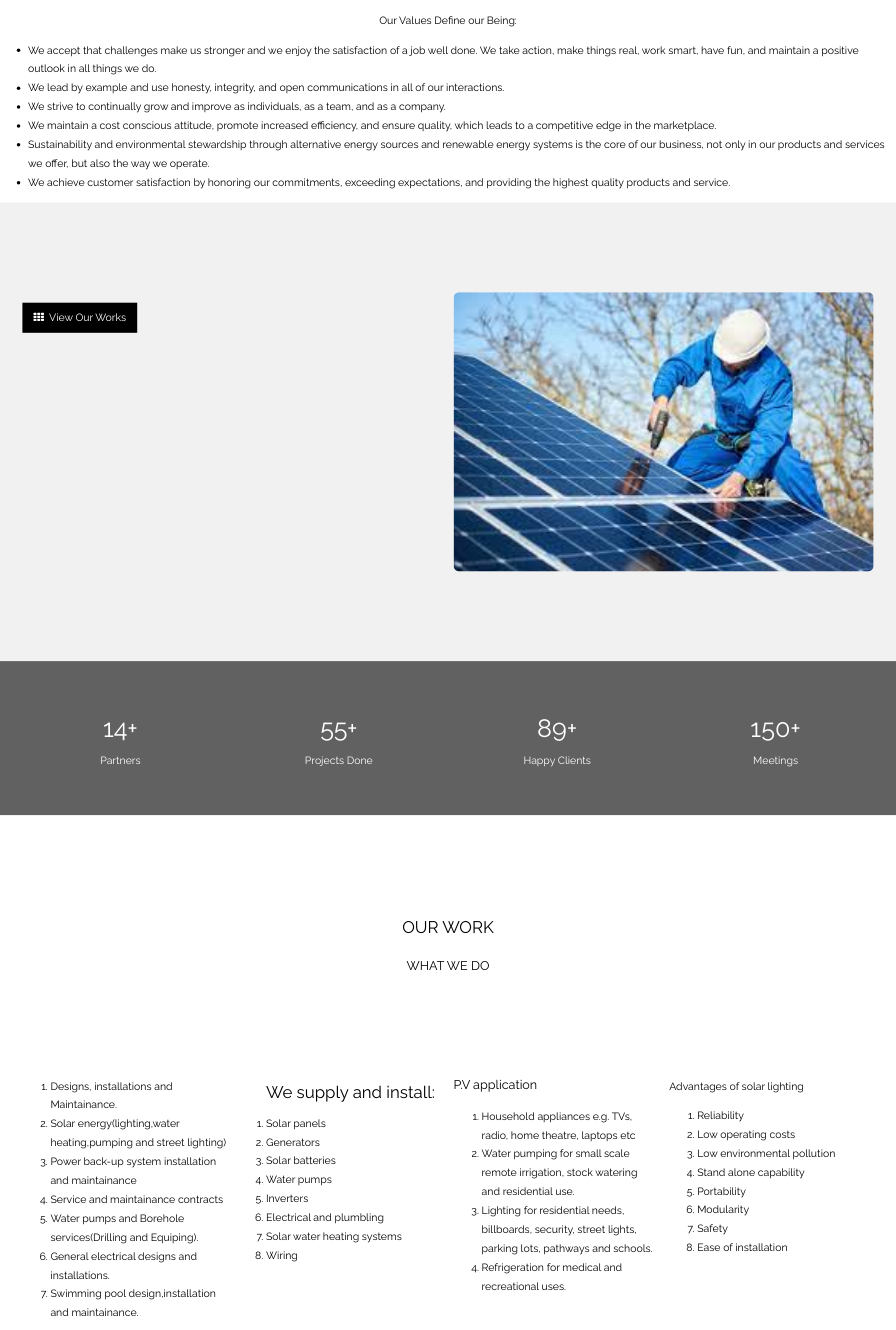
Repository: peterclermy232/LAZCOM
Page: index.html
The author's editor kept a copy of each file at every save. The page is drawn from the files as they stood at one save, then again after a run of saves.
The browser window is 1280 px wide. The pictures show the part of the page from y = 1609 to 3509 px (the page is 5929 px tall before and 5956 px after), at 70% of full size.
A picture or video elsewhere on the page could not be fetched, so the positions and the page height are approximate.

Above is the page before, as saved 2022-06-15 17:33:28.

### index.html
<!DOCTYPE html>
<html>
<head>
<title>LAZCOM SOLAR AND ELECTRICALS SERVICES</title>
<meta charset="UTF-8">
<meta name="viewport" content="width=device-width, initial-scale=1">
<link rel="stylesheet" href="https://www.w3schools.com/w3css/4/w3.css">
<link rel="stylesheet" href="https://fonts.googleapis.com/css?family=Raleway">
<link rel="stylesheet" href="https://cdnjs.cloudflare.com/ajax/libs/font-awesome/4.7.0/css/font-awesome.min.css">
<style>
body,h1,h2,h3,h4,h5,h6 {font-family: "Raleway", sans-serif}

body, html {
  height: 100%;
  line-height: 1.8;
}

/* Full height image header */
.bgimg-1 {
  background-position: center;
  background-size: cover;
  background-image: url("images/solar1.jpeg");
  min-height: 100%;
}

.w3-bar .w3-button {
  padding: 16px;
}
</style>
</head>
<body>

<!-- Navbar (sit on top) -->
<div class="w3-top">
  <div class="w3-bar w3-white w3-card" id="myNavbar">

    <a href="#home" class="w3-bar-item w3-button w3-wide">
        <img src="images/images.png" alt="" style="width: 45%;">
    </a>
    <!-- Right-sided navbar links -->
    <div class="w3-right w3-hide-small">
      <a href="#about" class="w3-bar-item w3-button">ABOUT</a>
      <a href="#team" class="w3-bar-item w3-button"><i class="fa fa-user"></i> REFERENCES</a>
      <a href="#work" class="w3-bar-item w3-button"><i class="fa fa-th"></i> WORK</a>
      <!--<a href="#pricing" class="w3-bar-item w3-button"><i class="fa fa-usd"></i> PRICING</a>-->
      <a href="#contact" class="w3-bar-item w3-button"><i class="fa fa-envelope"></i> CONTACT</a>
    </div>
    <!-- Hide right-floated links on small screens and replace them with a menu icon -->

    <a href="javascript:void(0)" class="w3-bar-item w3-button w3-right w3-hide-large w3-hide-medium" onclick="w3_open()">
      <i class="fa fa-bars"></i>
    </a>
  </div>
</div>

<!-- Sidebar on small screens when clicking the menu icon -->
<nav class="w3-sidebar w3-bar-block w3-black w3-card w3-animate-left w3-hide-medium w3-hide-large" style="display:none" id="mySidebar">
  <a href="javascript:void(0)" onclick="w3_close()" class="w3-bar-item w3-button w3-large w3-padding-16">Close ×</a>
  <a href="#about" onclick="w3_close()" class="w3-bar-item w3-button">ABOUT</a>
  <a href="#team" onclick="w3_close()" class="w3-bar-item w3-button">REFERENCES</a>
  <a href="#work" onclick="w3_close()" class="w3-bar-item w3-button">WORK</a>
  <!--<a href="#pricing" onclick="w3_close()" class="w3-bar-item w3-button">PRICING</a>-->
  <a href="#contact" onclick="w3_close()" class="w3-bar-item w3-button">CONTACT</a>
</nav>

<!-- Header with full-height image -->
<header class="bgimg-1 w3-display-container w3-grayscale-min" id="home">
  <div class="w3-display-left w3-text-white" style="padding:48px">
    <span class="w3-jumbo w3-hide-small" style="color: green;">Services beyond you expectations</span><br>
    <span class="w3-xxlarge w3-hide-large w3-hide-medium">Start something that matters</span><br>
    <span class="w3-large">Lazcom is here to help you stay in a well ventilate house.</span>
    <p><a href="#about" class="w3-button w3-white w3-padding-large w3-large w3-margin-top w3-opacity w3-hover-opacity-off">Learn more and start today</a></p>
  </div>
  <div class="w3-display-bottomleft w3-text-grey w3-large" style="padding:24px 48px">

</header>

<!-- About Section -->
<div class="w3-container" style="padding:128px 16px" id="about">
  <h3 class="w3-center">ABOUT THE COMPANY</h3>
  <p class="w3-center w3-large">Key features of our company</p>
  <div class="w3-row-padding w3-center" style="margin-top:64px">
    <h3 style="text-align: center;">COMPANY PROFILE</h3>
<p>Lazcom Solar and Electrical Services Limited is a Company registered in Kenya
    in accordance to chap. 486 of Company’s act. Started in 2009 as a sole
    proprietorship, Lazcom Solar has grown in customer base and service and it
    was then registered as a Limited Company in Kenya in 2013.
    We
    specialize
    in
    design,
    selection,
    purchase,
    servicing,
    maintenance,
    replacement, installation, testing and commissioning of all types of green
    energy solutions up to and including solar water heating system, power back up
    systems,Borehole drilling and Equiping, solar water pump installation and to
    carry on business as consultants, advisers and service providers in respect of</p>
</div>
    <div class="">

      <p class="w3-large">Visson</p>
      <p>To be a leading alternative energy solutions provider by offering affordable and
        environmental friendly green energy solar solutions beyond the expectations of
        our clients.</p>
    </div>
    <div class="" style="margin: auto;">

      <p class="w3-large">Mission</p>
      <p>To satisfy our customers by offering efficient, effective, environmental friendly
        and affordable electric light, heating and power supplies using the latest
        technology and state of the art equipment for both commercial and residential
        use in accordance to our clients' needs.</p>
    </div>
</div>
    <div class="image">

        <p style="text-align: center;">Values</p>
        <p style="text-align: center;">Our Values Define our Being:</p>
        <div class="fakeimg">
            <ul>
              <li>We accept that challenges make us stronger and we enjoy the satisfaction of a
                job well done. We take action, make things real, work smart, have fun, and
                maintain a positive outlook in all things we do.</li>
              <li>We lead by example and use honesty, integrity, and open communications in all
                of our interactions.</li>
              <li>We strive to continually grow and improve as individuals, as a team, and as a
                company.</li>
              <li>We maintain a cost conscious attitude, promote increased efficiency, and
                ensure quality, which leads to a competitive edge in the marketplace.</li>
              <li>Sustainability and environmental stewardship through alternative energy
                sources and renewable energy systems is the core of our business, not only in
                our products and services we offer, but also the way we operate.</li>
              <li>We achieve customer satisfaction by honoring our commitments, exceeding
                expectations, and providing the highest quality products and service.</li>
            </ul>
          </div>
      </div>
</div>

<!-- Promo Section - "We know design" -->
<div class="w3-container w3-light-grey" style="padding:128px 16px">
  <div class="w3-row-padding">
    <div class="w3-col m6">
      <p><a href="#work" class="w3-button w3-black"><i class="fa fa-th"> </i> View Our Works</a></p>
    </div>
    <div class="w3-col m6">
      <img class="w3-image w3-round-large" src="images/solar.jpeg" alt="Buildings" width="700" height="394">
    </div>
  </div>
</div>

<!-- Team Section -->
<!-- Promo Section "Statistics" -->
<div class="w3-container w3-row w3-center w3-dark-grey w3-padding-64">
  <div class="w3-quarter">
    <span class="w3-xxlarge">14+</span>
    <br>Partners
  </div>
  <div class="w3-quarter">
    <span class="w3-xxlarge">55+</span>
    <br>Projects Done
  </div>
  <div class="w3-quarter">
    <span class="w3-xxlarge">89+</span>
    <br>Happy Clients
  </div>
  <div class="w3-quarter">
    <span class="w3-xxlarge">150+</span>
    <br>Meetings
  </div>
</div>

<!-- Work Section -->
<div class="w3-container" style="padding:128px 16px" id="work">
  <h3 class="w3-center">OUR WORK</h3>
  <p class="w3-center w3-large">WHAT WE DO</p>

  <div class="w3-row-padding" style="margin-top:64px">
    <div class="w3-col l3 m6">

    </div>
  </div>

  <div class="w3-row-padding" style="margin-top:64px">
    <div class="w3-col l3 m6">
        <ol>
            <li>Designs, installations and Maintainance.</li>
            <li>Solar energy(lighting,water heating,pumping and street lighting)</li>
            <li>Power back-up system installation and maintainance</li>
            <li>Service and maintainance contracts</li>
            <li>Water pumps and Borehole services(Drilling and Equiping).</li>
            <li>General electrical designs and installations.</li>
            <li>Swimming pool design,installation and maintainance.</li>
          </ol>
    </div>
    <div class="w3-col l3 m6">
        <ol>
            <h3>We supply and install:</h3>
            <div>
              <li>Solar panels</li>
              <li>Generators</li>
              <li>Solar batteries</li>
              <li>Water pumps</li>
              <li>Inverters</li>
              <li>Electrical and plumbling</li>
              <li>Solar water heating systems</li>
              <li>Wiring</li>
              </div>
        </ol>
    </div>
    <div class="w3-col l3 m6">
        <h5>P.V application</h5>
        <ol>
          <li>Household appliances e.g. TVs, radio, home theatre, laptops etc</li>
          <li>Water pumping for small scale remote irrigation, stock watering and
            residential use.</li>
          <li>Lighting for residential needs, billboards, security, street lights, parking
            lots, pathways and schools.</li>
          <li>Refrigeration for medical and recreational uses.</li>
        </ol>
    </div>
    <div class="w3-col l3 m6">
        <p>Advantages of solar lighting</p>
  <ol>
    <li>Reliability</li>
    <li>Low operating costs</li>
    <li>Low environmental pollution</li>
    <li>Stand alone capability</li>
    <li>Portability</li>
    <li>Modularity</li>
    <li>Safety</li>
    <li>Ease of installation</li>
  </ol>
    </div>
  </div>

  <div class="w3-row-padding w3-section">
    <div class="w3-col l3 m6">
        <ol class=" flex-column">
            <h6><b>Solar powered water pumping systems (diagrams/pictures)</b></h6>
            <li class="nav-item">
              Grundfos -borehole applications
            </li>
            <li class="nav-item">
              Lorentzs pumps- for shallow wells,boreholes and booster applicati
            </li>
            <li class="nav-item">
              Dayliff pumps- shallow wells,surface and borehole pumps
            </li>
            <li class="nav-item">
              Solar security light
            </li>
            <li class="nav-item">
              Solar powered lanterns
            </li>
            <li class="nav-item">
              Solar garden lights
            </li>
            <li class="nav-item">
              Solar cell phone charger
            </li>
            <li class="nav-item">
              LED bulbs
            </li>
          </ol>
    </div>
    <div class="w3-col l3 m6">
        <p>Advantages of solar water system</p>
        <ol>
          <li>Energy Saving</li>
          <li>Use of free solar energy hence reduction of power bills.</li>
          <li>24 hours hot water</li>
          <li>Long life span-over 20 years</li>
          <li>Maintenance free system</li>
        </ol>
    </div>
    <div class="w3-col l3 m6">
        <p>Advantages of power backup systems</p>
        <ol>
          <li>Standby power in the event of main’s failure</li>
          <li>Alternative to generators which are expensive to maintain and fuel</li>
          <li>Instant and automatic changeover when the mains power fails</li>
          <li>Totally silent and non-polluting operation</li>
          <li>Very low running costs-just the power to charge the batteries</li>
        </ol>
    </div>
    <div class="w3-col l3 m6">
      <img src="/w3images/tech_tableturner.jpg" style="width:100%" onclick="onClick(this)" class="w3-hover-opacity" alt="A tableturner">
    </div>
  </div>
</div>

<!-- Modal for full size images on click-->
<div id="modal01" class="w3-modal w3-black" onclick="this.style.display='none'">
  <span class="w3-button w3-xxlarge w3-black w3-padding-large w3-display-topright" title="Close Modal Image">×</span>
  <div class="w3-modal-content w3-animate-zoom w3-center w3-transparent w3-padding-64">
    <img id="img01" class="w3-image">
    <p id="caption" class="w3-opacity w3-large"></p>
  </div>
</div>

<!-- Skills Section -->
<div class="w3-container w3-light-grey w3-padding-64">
  <div class="w3-row-padding">
    <div class="w3-col m6">
      <h3>Our Skills.</h3>
    <!--  <p>Lorem ipsum dolor sit amet, consectetur adipiscing elit, sed do eiusmod<br>
      tempor incididunt ut labore et dolore.</p>
      <p>Lorem ipsum dolor sit amet, consectetur adipiscing elit, sed do eiusmod<br>
      tempor incididunt ut labore et dolore.</p>
      -->
    </div>
    <div class="w3-col m6">
      <p class="w3-wide"><i class="fa fa-camera w3-margin-right"></i>Solar Installation</p>
      <div class="w3-grey">
        <div class="w3-container w3-dark-grey w3-center" style="width:90%">90%</div>
      </div>
      <p class="w3-wide"><i class="fa fa-desktop w3-margin-right"></i>Plumbing</p>
      <div class="w3-grey">
        <div class="w3-container w3-dark-grey w3-center" style="width:85%">85%</div>
      </div>
      <p class="w3-wide"><i class="fa fa-photo w3-margin-right"></i>Wiring</p>
      <div class="w3-grey">
        <div class="w3-container w3-dark-grey w3-center" style="width:75%">75%</div>
      </div>
    </div>
  </div>
</div>

<!-- Pricing Section
<div class="w3-container w3-center w3-dark-grey" style="padding:128px 16px" id="pricing">
  <h3>PRICING</h3>
  <p class="w3-large">Choose a pricing plan that fits your needs.</p>
  <div class="w3-row-padding" style="margin-top:64px">
    <div class="w3-third w3-section">
      <ul class="w3-ul w3-white w3-hover-shadow">
        <li class="w3-black w3-xlarge w3-padding-32">Basic</li>
        <li class="w3-padding-16"><b>10GB</b> Storage</li>
        <li class="w3-padding-16"><b>10</b> Emails</li>
        <li class="w3-padding-16"><b>10</b> Domains</li>
        <li class="w3-padding-16"><b>Endless</b> Support</li>
        <li class="w3-padding-16">
          <h2 class="w3-wide">$ 10</h2>
          <span class="w3-opacity">per month</span>
        </li>
        <li class="w3-light-grey w3-padding-24">
          <button class="w3-button w3-black w3-padding-large">Sign Up</button>
        </li>
      </ul>
    </div>
    <div class="w3-third">
      <ul class="w3-ul w3-white w3-hover-shadow">
        <li class="w3-red w3-xlarge w3-padding-48">Pro</li>
        <li class="w3-padding-16"><b>25GB</b> Storage</li>
        <li class="w3-padding-16"><b>25</b> Emails</li>
        <li class="w3-padding-16"><b>25</b> Domains</li>
        <li class="w3-padding-16"><b>Endless</b> Support</li>
        <li class="w3-padding-16">
          <h2 class="w3-wide">$ 25</h2>
          <span class="w3-opacity">per month</span>
        </li>
        <li class="w3-light-grey w3-padding-24">
          <button class="w3-button w3-black w3-padding-large">Sign Up</button>
        </li>
      </ul>
    </div>
    <div class="w3-third w3-section">
      <ul class="w3-ul w3-white w3-hover-shadow">
        <li class="w3-black w3-xlarge w3-padding-32">Premium</li>
        <li class="w3-padding-16"><b>50GB</b> Storage</li>
        <li class="w3-padding-16"><b>50</b> Emails</li>
        <li class="w3-padding-16"><b>50</b> Domains</li>
        <li class="w3-padding-16"><b>Endless</b> Support</li>
        <li class="w3-padding-16">
          <h2 class="w3-wide">$ 50</h2>
          <span class="w3-opacity">per month</span>
        </li>
        <li class="w3-light-grey w3-padding-24">
          <button class="w3-button w3-black w3-padding-large">Sign Up</button>
        </li>
      </ul>
    </div>
  </div>
</div>-->

<!-- Contact Section -->
<div class="w3-container w3-light-grey" style="padding:128px 16px" id="contact">
  <h3 class="w3-center">CONTACT</h3>
  <p class="w3-center w3-large">Lets get in touch. Send us a message:</p>
  <div style="margin-top:48px">
    <p><i class="fa fa-map-marker fa-fw w3-xxlarge w3-margin-right"></i> NAIROBI,Kenya</p>
    <p><i class="fa fa-phone fa-fw w3-xxlarge w3-margin-right"></i> Phone: +2547724394458 or +254753532902</p>
    <p><i class="fa fa-envelope fa-fw w3-xxlarge w3-margin-right"> </i> Email: lazkomsolar@gmail.com</p>
    <br>
  <!--  <form action="/action_page.php" target="_blank">
      <p><input class="w3-input w3-border" type="text" placeholder="Name" required name="Name"></p>
      <p><input class="w3-input w3-border" type="text" placeholder="Email" required name="Email"></p>
      <p><input class="w3-input w3-border" type="text" placeholder="Subject" required name="Subject"></p>
      <p><input class="w3-input w3-border" type="text" placeholder="Message" required name="Message"></p>
      <p>
        <button class="w3-button w3-black" type="submit">
          <i class="fa fa-paper-plane"></i> SEND MESSAGE
        </button>
      </p>
    </form>
  -->
    <!-- Image of location/map
    <img src="/w3images/map.jpg" class="w3-image w3-greyscale" style="width:100%;margin-top:48px">
    -->

  </div>
</div>
<div class="w3-container" style="padding:128px 16px" id="team">
    <h3 class="w3-center">REFERENCES:</h3>
    <p class="w3-center w3-large">The ones who we have worked For</p>
    <div class="w3-row-padding w3-grayscale" style="margin-top:64px">
      <div class="w3-col l3 m6 w3-margin-bottom">
          <div class="w3-container">

              <li style="color:red">Loreto srs....Maryward cent
                ...contact..0720953022</li>
            <p>Solar hot water systems...12no.units</p>
            <p>Borehole services</p>
            <p>Generator services</p>
            </li>
          </div>

      </div>
      <div class="w3-col l3 m6 w3-margin-bottom">

          <div class="w3-container">
            <li style="color:red">missionaries of Africa....Contact..
                0718080276</li>
                <p>Solar hot water systems....3units</p>
                <p>Inverter systems....5kw system.</p>
            </li>
          </div>

      </div>
      <div class="w3-col l3 m6 w3-margin-bottom">
          <div class="w3-container">
            <li style="color:red"> Consolata sisters:......
                contact:sr.karthy....0712588471</li>
                <p>Solar hot water systems...6units.</p>
                <p>Borehole services...2no.borehole.</p>
            </li>
          </div>

      </div>
      <div class="w3-col l3 m6 w3-margin-bottom">
          <div class="w3-container">
            <li style="color:red">Hekima University college............Contact:Fr.Elius..0720836944</li>
            <p>Solar hot water systems......8units.</p>
            <p>Borehole services....1no.</p>
            <p>Generator services.</p>
            </li>
          </div>

      </div>
    </div>
  </div>


<!-- Footer -->
<footer class="w3-center w3-black w3-padding-64">
  <a href="#home" class="w3-button w3-light-grey"><i class="fa fa-arrow-up w3-margin-right"></i>To the top</a>
  <div class="w3-xlarge w3-section">
    <i class="fa fa-facebook-official w3-hover-opacity"></i>
    <i class="fa fa-instagram w3-hover-opacity"></i>
    <i class="fa fa-snapchat w3-hover-opacity"></i>
    <i class="fa fa-pinterest-p w3-hover-opacity"></i>
    <i class="fa fa-twitter w3-hover-opacity"></i>
    <i class="fa fa-linkedin w3-hover-opacity"></i>
  </div>
 <!--<p>Powered by <a href="https://www.w3schools.com/w3css/default.asp" title="W3.CSS" target="_blank" class="w3-hover-text-green">w3.css</a></p>-->
</footer>

<script>
// Modal Image Gallery
function onClick(element) {
  document.getElementById("img01").src = element.src;
  document.getElementById("modal01").style.display = "block";
  var captionText = document.getElementById("caption");
  captionText.innerHTML = element.alt;
}


// Toggle between showing and hiding the sidebar when clicking the menu icon
var mySidebar = document.getElementById("mySidebar");

function w3_open() {
  if (mySidebar.style.display === 'block') {
    mySidebar.style.display = 'none';
  } else {
    mySidebar.style.display = 'block';
  }
}

// Close the sidebar with the close button
function w3_close() {
    mySidebar.style.display = "none";
}
</script>

</body>
</html>

After the next 4 saves:
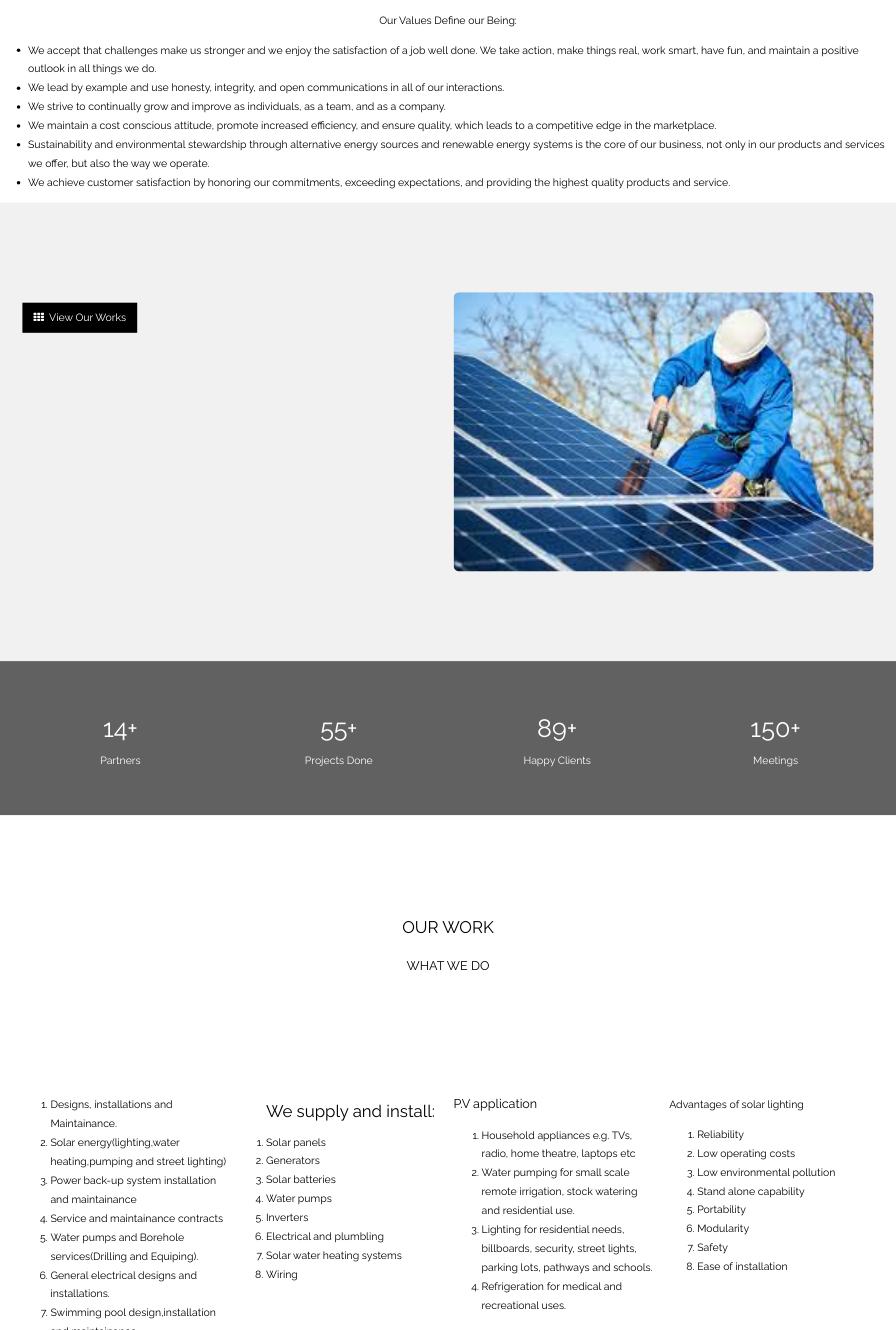
The 4 saves are shown as one change because they came seconds apart.
The last was saved 21 s later.
--- a/index.html
+++ b/index.html
@@ -179,6 +179,9 @@ body, html {
 
   <div class="w3-row-padding" style="margin-top:64px">
     <div class="w3-col l3 m6">
+      <div class="w3-quarter">
+        <img src="" alt="">
+      </div>
 
     </div>
   </div>
